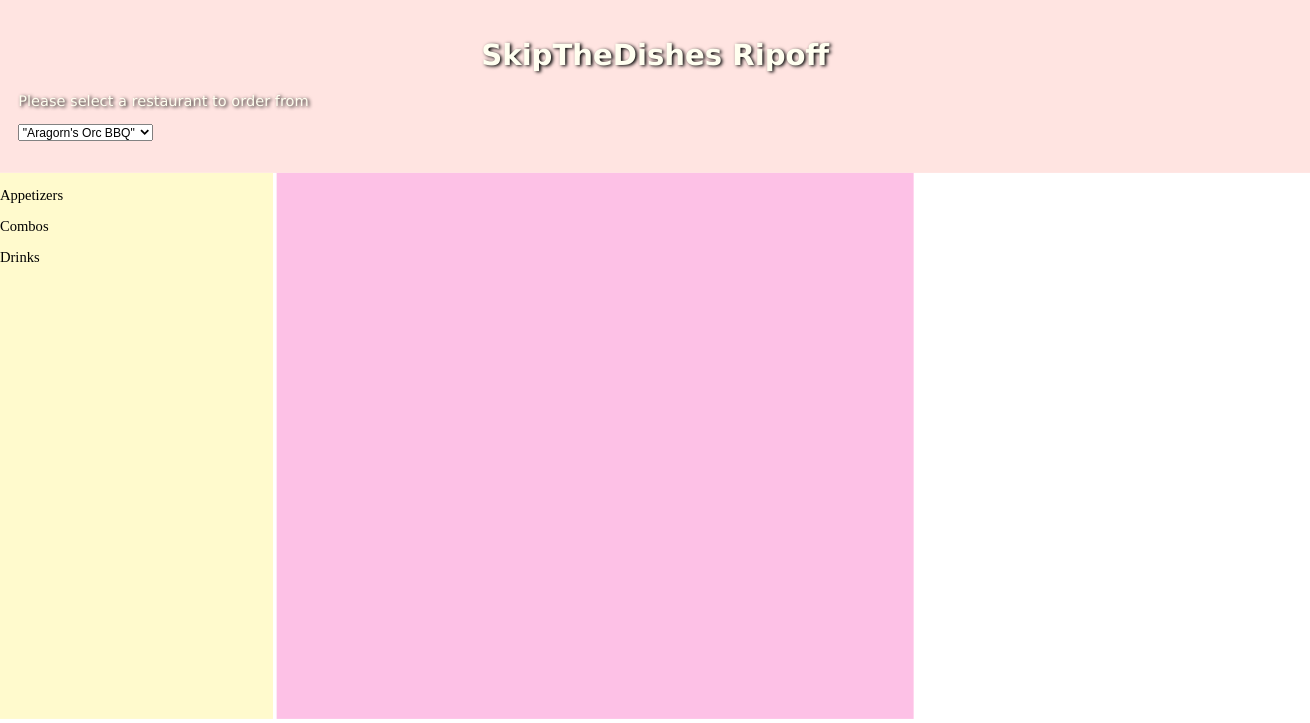
Repository: hudaali14/Carleton
Page: 2406/Assignments/Assignment1 (97)/order.html
The author's editor kept a copy of each file at every save. The page is drawn from the files as they stood at one save, then again after the next save.
The browser window is 1280 px wide. The page is 1440 px wide, so the pictures cover 1440 px, including what lies to the right of the window. The pictures show the whole page, at 91% of full size.
After loading, the first visible `#dropdown` was changed once.

Above is the page before, as saved 2020-01-25 18:53:48.

After the next save:
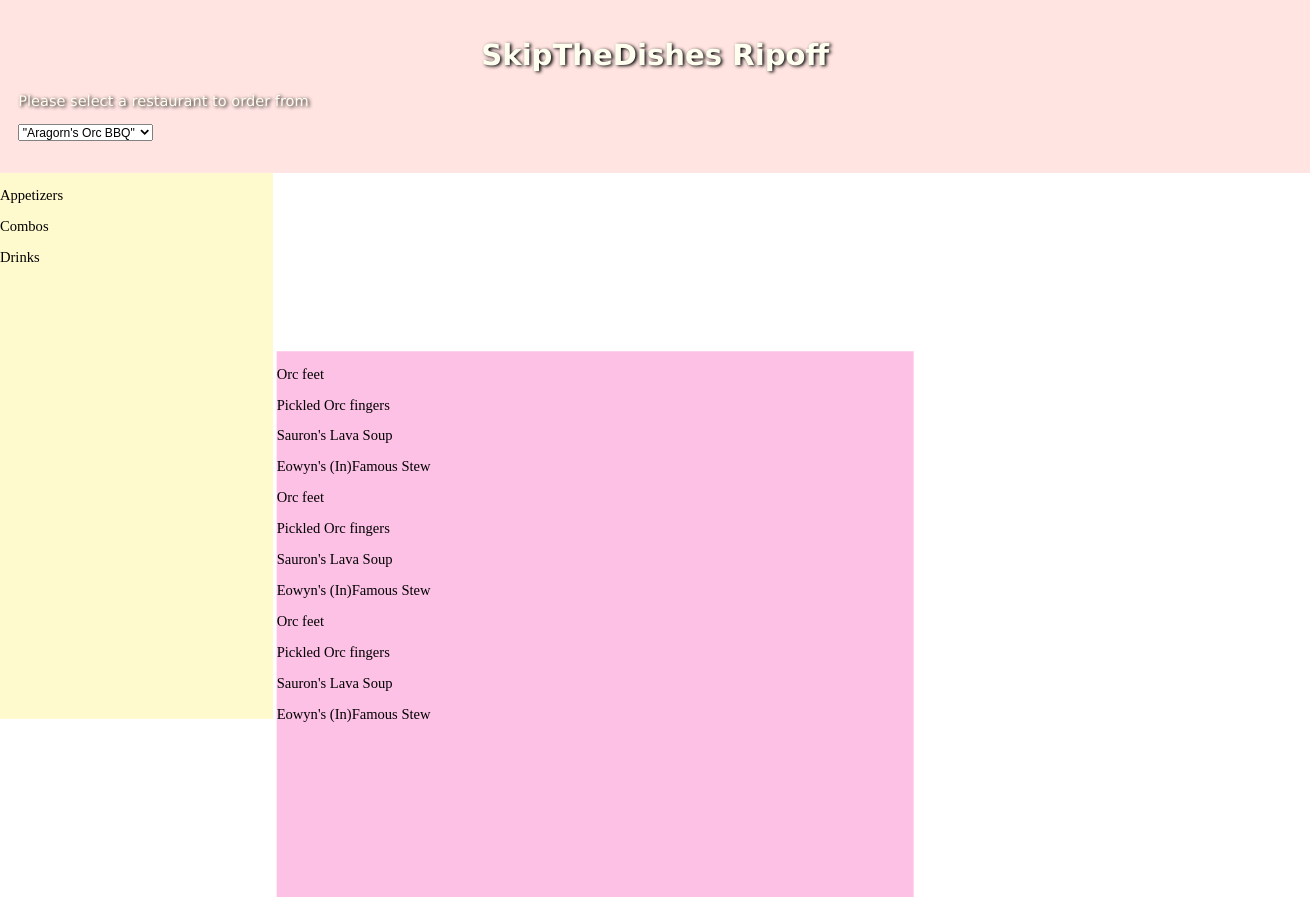
Saved 56 s later.
--- a/2406/Assignments/Assignment1 (97)/client.js
+++ b/2406/Assignments/Assignment1 (97)/client.js
@@ -329,9 +329,7 @@
 	let categoryItems = restaurant.menu["Appetizers"];
 	// let name = legolas.menu["Lembas"][0].name;
 	// console.log(name);
-	console.log(categoryItems.length);
-	console.log(categoryItems);
-	for(let i=0; i<categoryItems.length; i++){
+	for(let i=0; i<4; i++){
 		let item = document.createElement("p");
 		item.innerHTML=categoryItems[i].name;
 		itemMenu.appendChild(item);
